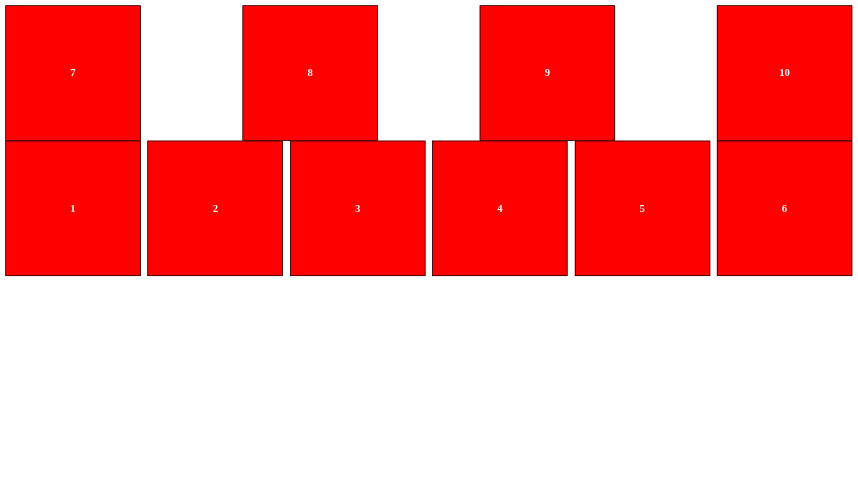
Repository: wonjunknag/kakao-clone
Page: 05-flex/index.html
An editor plug-in stored every save of this project. The page is shown before and after the next save, followed by the edit.
The browser window is 1280 px wide. The pictures show the whole page, at 67% of full size.

Above is the page before, as saved 2020-07-05 07:43:57.

### 05-flex/index.html
<!DOCTYPE html>
<html lang="en">
  <head>
    <meta charset="UTF-8" />
    <meta name="viewport" content="width=device-width, initial-scale=1.0" />
    <meta http-equiv="X-UA-Compatible" content="ie=edge" />
    <title>Flex</title>
    <style>
      .father {
        display: flex;
        justify-content: space-between;
        align-items: flex-start;
        height: 100%;
        flex-direction: row;
        flex-wrap: wrap-reverse;
      }
      .box {
        width: 200px;
        height: 200px;
        background-color: red;
        border: 1px solid black;
        display: flex;
        justify-content: center;
        align-items: center;
        color: white;
        font-weight: bold;
      }
    </style>
  </head>
  <body>
    <div class="father">
      <div class="box">1</div>
      <div class="box">2</div>
      <div class="box">3</div>
      <div class="box">4</div>
      <div class="box">5</div>
      <div class="box">6</div>
      <div class="box">7</div>
      <div class="box">8</div>
      <div class="box">9</div>
      <div class="box">10</div>
    </div>
  </body>
</html>

After the next save:
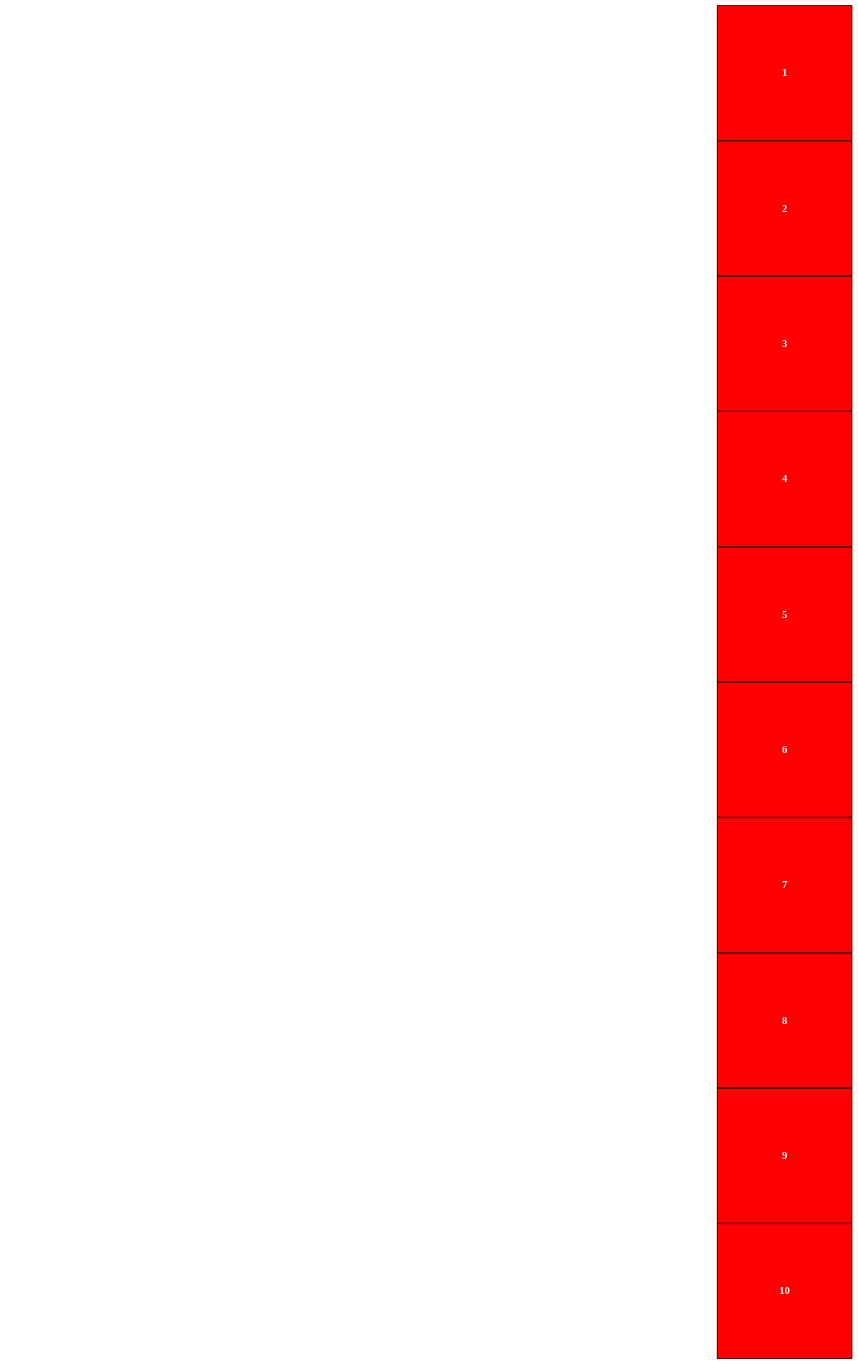
Saved 20 s later.
--- a/05-flex/index.html
+++ b/05-flex/index.html
@@ -11,7 +11,7 @@
         justify-content: space-between;
         align-items: flex-start;
         height: 100%;
-        flex-direction: row;
+        flex-direction: column;
         flex-wrap: wrap-reverse;
       }
       .box {

After the save that followed:
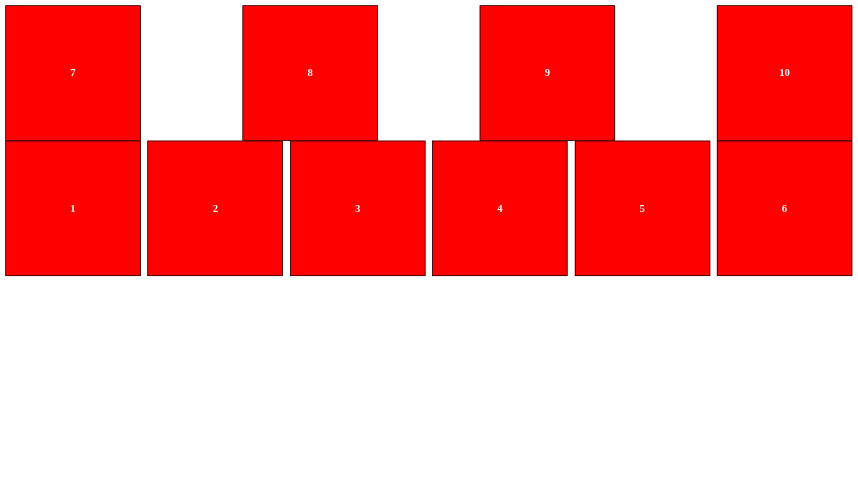
Saved 25 s later.
--- a/05-flex/index.html
+++ b/05-flex/index.html
@@ -11,7 +11,7 @@
         justify-content: space-between;
         align-items: flex-start;
         height: 100%;
-        flex-direction: column;
+        flex-direction: row;
         flex-wrap: wrap-reverse;
       }
       .box {
